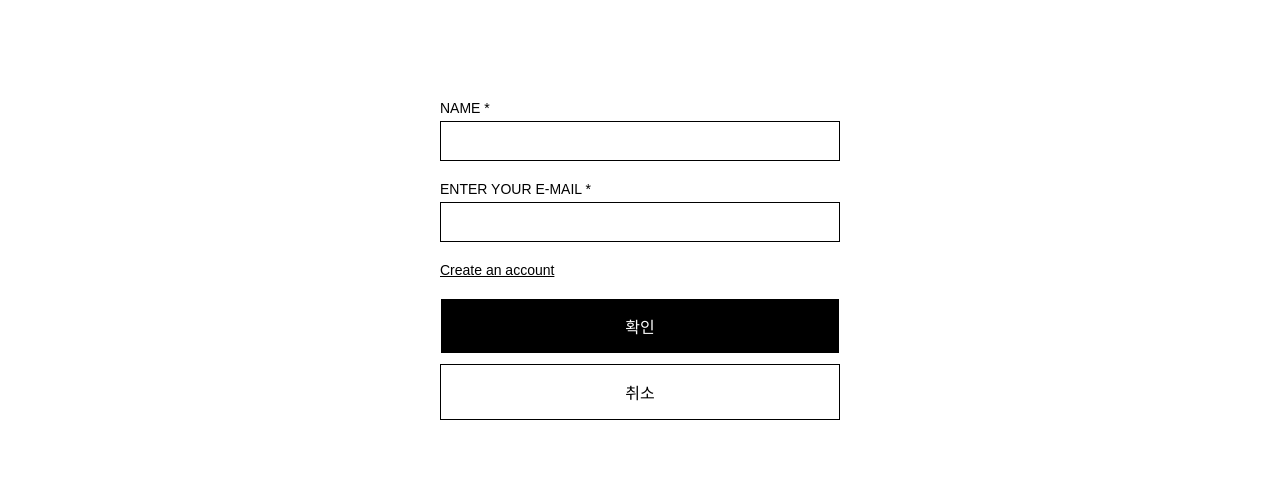
Repository: 0823-01/MonoLiving
Page: http://localhost/shoppingMall/views/member/idReset.jsp
An editor plug-in stored every save of this project. The page is shown before and after the next save, followed by the edit.
The browser window is 1280 px wide. The pictures show the whole page.
The page is served by Tomcat 9.

Above is the page before, as saved 2024-11-01 00:39:14.

After the next save:
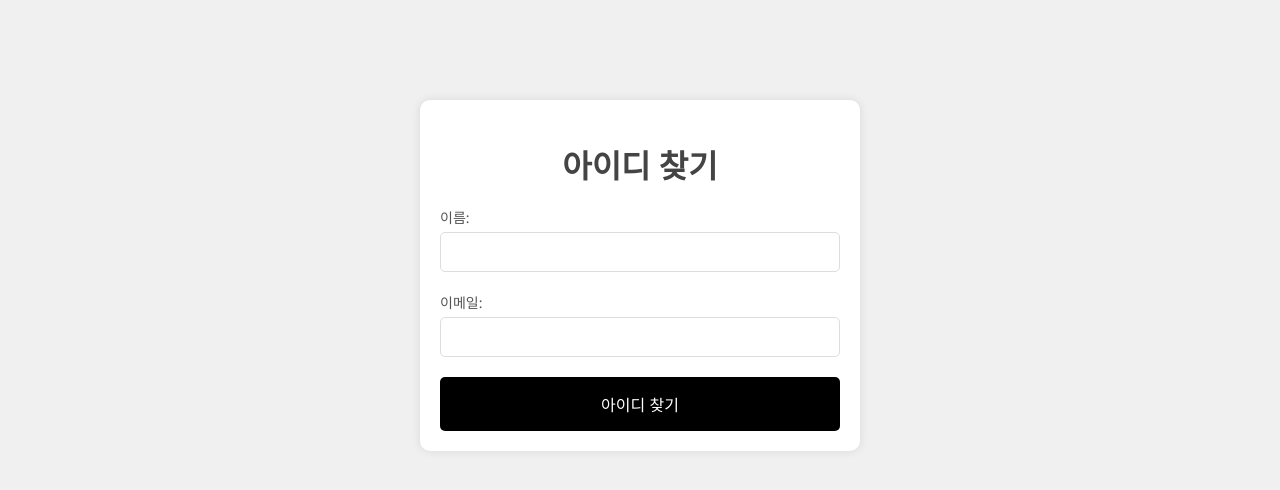
Saved 14 s later.
--- a/shoppingMall/src/main/webapp/views/member/idReset.jsp
+++ b/shoppingMall/src/main/webapp/views/member/idReset.jsp
@@ -1,82 +1,116 @@
-<%@ page language="java" contentType="text/html; charset=UTF-8"
-    pageEncoding="UTF-8" import="com.kh.member.model.vo.Member" %>
+<%@ page language="java" contentType="text/html; charset=UTF-8" pageEncoding="UTF-8" import="com.kh.member.model.vo.Member" %>
 <!DOCTYPE html>
-<html lang="en">
+<html lang="ko">
 <head>
     <meta charset="UTF-8">
     <meta name="viewport" content="width=device-width, initial-scale=1.0">
-    <title>Form Layout</title>
+    <title>아이디 찾기</title>
+
+    <script src="https://code.jquery.com/jquery-3.6.0.min.js"></script>
+    <script>
+        $(document).ready(function() {
+            $('#findIdButton').on('click', function(e) {
+                e.preventDefault();
+
+                var userName = $('#userName').val();
+                var email = $('#email').val();
+
+                $.ajax({
+                    url: '<%= request.getContextPath() %>/IdReset.id',
+                    type: 'GET',
+                    data: {
+                        userName: userName,
+                        email: email
+                    },
+                    success: function(response) {
+                        if (response.status === 'success') {
+                            // 아이디 찾기 결과 화면으로 이동하여 결과 표시
+                            window.location.href = '<%= request.getContextPath() %>/views/member/findIdResult.jsp?message=' + encodeURIComponent(response.message);
+                        } else {
+                            alert("입력한 정보에 일치하는 아이디가 없습니다");
+                        }
+                    },
+                    error: function(xhr, status, error) {
+                        console.error('AJAX 요청 실패:', error);
+                    }
+                });
+            });
+        });
+    </script>
+
     <style>
         body {
-            font-family: Arial, sans-serif;
+            font-family: 'Segoe UI', Tahoma, Geneva, Verdana, sans-serif;
+            background-color: #f0f0f0;
+            color: #333;
+            margin: 0;
+            padding: 0;
         }
         .container {
             width: 400px;
             margin: 100px auto;
-            text-align: left;
+            padding: 20px;
+            background-color: #fff;
+            border-radius: 10px;
+            box-shadow: 0 0 10px rgba(0, 0, 0, 0.1);
+        }
+        h1 {
+            text-align: center;
+            margin-bottom: 20px;
+            color: #444;
         }
         label {
             display: block;
             margin-bottom: 5px;
             font-size: 14px;
+            color: #555;
         }
-        input[type="text"], input[type="email"]{
+        input[type="text"], input[type="email"] {
             width: 100%;
             padding: 10px;
             margin-bottom: 20px;
             font-size: 16px;
-            border: 1px solid #000;
+            border: 1px solid #ddd;
+            border-radius: 5px;
             box-sizing: border-box;
+            transition: border 0.3s;
         }
-        .link {
-            margin-bottom: 20px;
-            display: block;
-            text-align: left;
-            font-size: 14px;
-            color: #000;
-        }
-        .link:hover {
-            text-decoration: underline;
+        input[type="text"]:focus, input[type="email"]:focus {
+            border-color: black;
+            outline: none;
         }
         button {
             width: 100%;
             padding: 15px;
-            background-color:black;
+            background-color: black;
             color: white;
-            border: 1px solid;
+            border: none;
+            border-radius: 5px;
             cursor: pointer;
             font-size: 16px;
+            transition: background-color 0.3s, color 0.3s;
         }
         button:hover {
-            background-color:white;
-            color: black;
-        }
-        .cancel-btn {
             background-color: white;
             color: black;
-            border: 1px solid #000;
-            margin-top: 10px;
+
+            border: 1px solid black;
         }
+
     </style>
 </head>
 <body>
+<div class="container">
+    <h1>아이디 찾기</h1>
+    <form id="findIdForm">
+        <label for="userName">이름:</label>
+        <input type="text" id="userName" name="userName" required>
 
-<div class="container">
-    <form>
+        <label for="email">이메일:</label>
+        <input type="email" id="email" name="email" required>
 
-
-        <label for="userName">NAME *</label>
-        <input type="text" id="userName" name="userName" required>
-        <label for="userId">ENTER YOUR E-MAIL *</label>
-        <input type="text" id="userEmail" name="userEmail" required>
-
-
-        <a href="#" class="link">Create an account</a>
-
-        <button type="submit">확인</button>
-        <button type="reset" class="cancel-btn">취소</button>
+        <button id="findIdButton">아이디 찾기</button>
     </form>
 </div>
-
 </body>
 </html>
